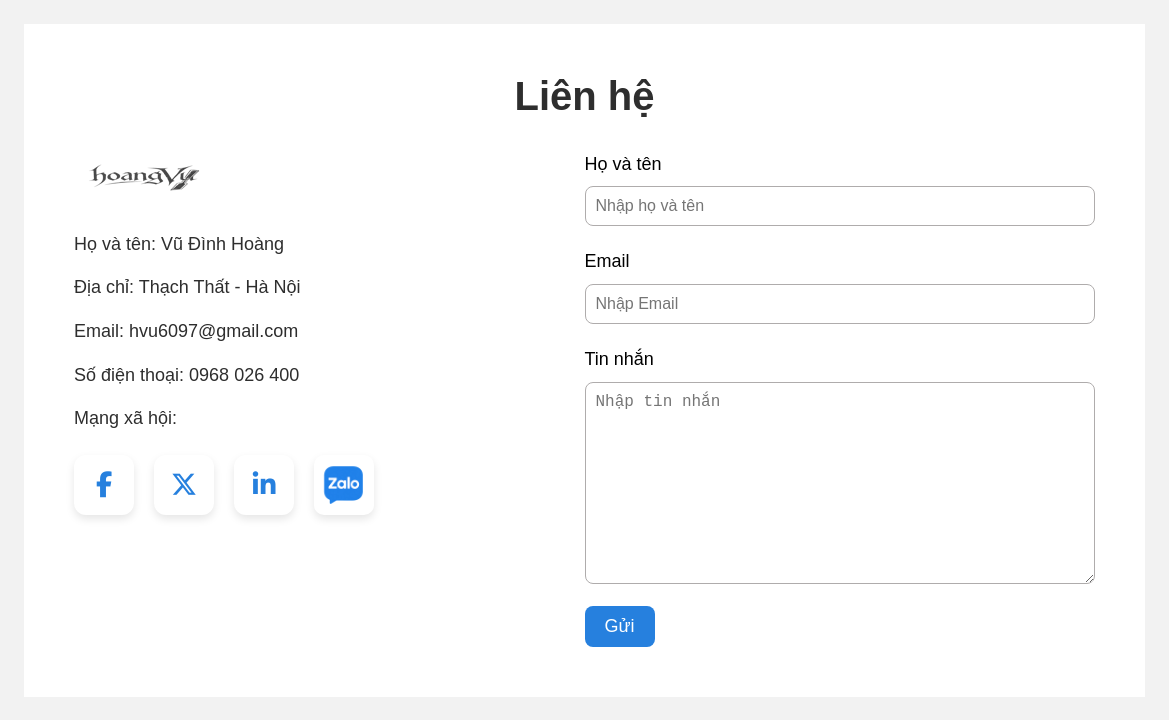
Repository: hoang28092000/portfolio
Page: pages/contact.html
An editor plug-in stored every save of this project. The page is shown before and after a run of saves, followed by the edit.
The browser window is 1169 px wide. The pictures show the whole page.

Above is the page before, as saved 2025-04-12 00:59:42.

### pages/contact.html
<!DOCTYPE html>
<html lang="en">
  <head>
    <meta charset="UTF-8" />
    <meta name="viewport" content="width=device-width, initial-scale=1.0" />
    <link
      rel="stylesheet"
      href="https://cdnjs.cloudflare.com/ajax/libs/font-awesome/6.7.2/css/all.min.css"
      integrity="sha512-Evv84Mr4kqVGRNSgIGL/F/aIDqQb7xQ2vcrdIwxfjThSH8CSR7PBEakCr51Ck+w+/U6swU2Im1vVX0SVk9ABhg=="
      crossorigin="anonymous"
      referrerpolicy="no-referrer"
    />
    <link rel="stylesheet" href="../css/pages.css" />
    <link rel="stylesheet" href="../css/responsive-pages.css" />
    <title>Liên hệ</title>
  </head>
  <body>
    <main id="main-contact">
      <div class="container">
       <div class="contact">
        <h2 class="title-heading title-contact">Liên hệ</h2>
        <div class="content-contact">
          <div class="contact-left">
            <div class="logo-contact">
              <img
                src="../asset/image/hoangVu_logo.png"
                alt="logo"
                class="img-logo-contact"
              />
            </div>
            <div class="info-contact">
              <p class="txt-contact">Họ và tên: Vũ Đình Hoàng</p>
              <p class="txt-contact">Địa chỉ: Thạch Thất - Hà Nội</p>
              <p class="txt-contact">Email: hvu6097@gmail.com</p>
              <p class="txt-contact">Số điện thoại: 0968 026 400</p>
            </div>
            <p class="txt-contact">Mạng xã hội:</p>
            <div class="social-contact">
              <a
                href="https://www.facebook.com/profile.php?id=100008725181742"
                target="_blank"
                ><i class="fa-brands fa-facebook-f icon-contact"></i
              ></a>
              <a href="https://x.com/kinsman2809" target="_blank"
                ><i class="fa-brands fa-x-twitter icon-contact"></i
              ></a>
              <a
                href="https://www.linkedin.com/in/ho%C3%A0ng-v%C5%A9-0b4891179/"
                target="_blank"
                ><i class="fa-brands fa-linkedin-in icon-contact"></i
              ></a>
              <a href="https://zalo.me/0968026400" target="_blank">
                <img src="../asset/image/icon-zalo.png" alt="zalo" class="img-social">
              </a>
            </div>
          </div>
          <div class="contact-right">
            <form action="" class="form-contact">
              <div class="input-contact">
                <label for="name" class="label-contact">Họ và tên</label>
                <input type="text" id="name" placeholder="Nhập họ và tên" class="input-field" required />
              </div>
              <div class="input-contact">
                <label for="email" class="label-contact">Email</label>
                <input type="email" id="email" placeholder="Nhập Email" class="input-field" required />
              </div>
              <div class="input-contact">
                <label for="message" class="label-contact">Tin nhắn</label>
                <textarea
                  name="message"
                  id="message" placeholder="Nhập tin nhắn"
                  cols="30"
                  rows="10"
                  class="input-field"
                  required
                ></textarea>
              </div>
              <button type="submit" class="btn-submit">Gửi</button>
            </form>
          </div>
        </div>
       </div>
      </div>
    </main>
  </body>
</html>

### css/pages.css
* {
  padding: 0;
  margin: 0;
  box-sizing: border-box;
}
html {
  font-family: Poppins, sans-serif;
  font-size: 62.5%;
}

.container {
  width: 1170px;
  max-width: calc(100% - 48px);
  margin: 0 auto;
}

/* main */

#about,
#skills {
  background-color: #f2f2f2;
}
.top-content-about {
  padding: 60px 0;
  display: flex;
  justify-content: space-between;
  align-items: center;
}
.about-left {
  width: 40%;
}
.img-about {
  width: 100%;
  border: 6px solid #7a7575;
  border-radius: 50%;
}
.about-right {
  max-width: 702px;
  height: 362px;
  margin-left: 120px;
  padding-right: 60px;
}
.title-heading {
  font-size: 6rem;
  color: #2e2e2e;
  font-weight: 700;
  margin-bottom: 30px;
}
.about-right .desc-about {
  font-size: 1.6rem;
  color: #6b6565;
  font-weight: 500;
  line-height: 1.76;
  margin-top: 20px;
  text-align: justify;
}
.content-main {
  display: grid;
  grid-template-columns: 1fr 1fr;
  gap: 80px;
  padding-top: 70px;
}
.paragraph {
  margin-bottom: 20px;
}
.heading-main {
  font-size: 2rem;
  color: #2e2e2e;
  margin-bottom: 10px;
  line-height: 1.66;
}
.desc-content-main {
  font-size: 1.6rem;
  color: #2e2e2e;
  font-weight: 300;
  line-height: 1.76;
  text-align: justify;
}
.list-img-about {
  display: flex;
  justify-content: center;
  align-items: center;
  margin-top: 30px;
  gap: 20px;
  padding-bottom: 30px;
}
.list-img-about img {
  width: 200px;
  height: 200px;
  border-radius: 10px;
  border: 1px solid #2e2e2e;
  transition: all 0.3s ease-in-out;
}
.list-img-about img:hover {
  transform: scale(1.1);
  border: 2px solid #fff;
}

/* skills */
.title-skills {
  padding-top: 60px;
  text-align: center;
}
#skills ul {
    padding-left: 18px;
}

.my-project{
    margin-top: 70px;
}
.list-project{
    display: grid;
    grid-template-columns: repeat(auto-fit, minmax(300px, 1fr));
    gap: 30px;
    margin-top: 60px;
}
.list-project a{
    text-decoration: none;
    color: #2e2e2e;
}
.card-project{
    position: relative;
    background-color: #fff;
    border-radius: 10px;
    box-shadow: 0 4px 8px rgba(0, 0, 0, 0.1);
    overflow: hidden;
    transition: all 0.3s ease-in-out;
    cursor: pointer;
}
.card-project:hover{
    transform: scale(1.05);
    box-shadow: 0 8px 16px rgba(0, 0, 0, 0.2);
}
.card-project::after {
    display: flex;
    justify-content: center;
    align-items: center;
    font-weight: 600;
    color: #fff;
    content: 'Xem Thêm Demo';
    font-size: 3rem;
    position: absolute;
    top: 0; left: 0;
    width: 100%; height: 100%;
    background: #16161633; /* màu đen mờ */
    opacity: 0;
    transition: opacity 0.3s ease;
    pointer-events: none; /* để không cản trở click hay hover */
    z-index: 1;
  }
  .card-project:hover::after {
    opacity: 1;
  }

.card-project img{
    width: 100%;
    height: 200px;
    object-fit: cover;
}

.info-card{
    padding: 30px 20px 20px;
    text-align: center;

}
.heading-card{
    font-size: 2rem;
    color: #2e2e2e;
    margin-bottom: 10px;
}
.desc-card{
    font-size: 1.6rem;
    color: #2e2e2e;
    font-weight: 300;
    line-height: 1.76;
}
.desc-card span {
    font-weight: bold;
}

#main-contact{
    padding: 60px 0;
    background-color: #f2f2f2;
}
#main-contact .title-contact{
    font-size: 4rem;
    text-align: center;
    margin-bottom: 30px;
}

/* contact */
#main-contact{
    display: flex;
    justify-content: center;
    align-items: center;
    width: 100%;
    height: 100vh;
    overflow: hidden;
}
.contact{
    background-color: #fff;
    padding: 50px;
}
.contact .content-contact{
    display: flex;
    justify-content: space-between;
}

.contact-left {
    width: 50%;
}
.logo-contact{
    display: flex;
    align-items: center;
    margin-bottom: 20px;
}
.img-logo-contact{
    width: 140px;
    height: 60px;
    padding: 10px;

}

.img-social{
    width: 60px;
    height: 60px;
    border-radius: 10px;
    box-shadow: 0 4px 8px rgba(0, 0, 0, 0.1);

}
.img-social:hover,
.icon-contact:hover{
    transform: scale(1.1);
    box-shadow: 0 8px 16px rgba(0, 0, 0, 0.2);
}
.social-contact{
    display: flex;
    align-items: center;
    height: 60px;
    gap: 20px;
    margin-top: 20px;
}
.social-contact a{
    width: 60px;
    height: 60px;
    display: block;
    text-decoration: none;
    color: #2e2e2e;
}
.contact-right {
    width: 50%;
}
.icon-contact{
    width: 60px;
    height: 60px;
    display: flex;
    justify-content: center;
    align-items: center;
    font-size: 2.6rem;
    box-shadow: 0 4px 8px rgba(0, 0, 0, 0.1);
    border-radius: 12px;
    color: #2680de;
}

.txt-contact{
    font-size: 1.8rem;
    color: #2e2e2e;
    margin-bottom: 12px;
    line-height: 1.76;
}
.input-contact{
    margin-bottom: 20px;
}

.label-contact{
    display: block;
    font-size: 1.8rem;
    color: #000000;
    line-height: 1.76;
    font-weight: 500;
    margin-bottom: 6px;
}
.input-contact input{
    width: 100%;
    padding: 10px;
    border-radius: 8px;
    border: 1px solid #afacac;
    font-size: 1.6rem;
    color: #2e2e2e;
    outline: none;
}
.input-contact textarea{
    width: 100%;
    padding: 10px;
    border-radius: 8px;
    border: 1px solid #afacac;
    font-size: 1.6rem;
    color: #2e2e2e;
    outline: none;
}

.btn-submit{
    background-color: #2680de;
    color: #fff;
    padding: 10px 20px;
    border-radius: 8px;
    border: none;
    font-size: 1.8rem;
    cursor: pointer;
    transition: all 0.3s ease-in-out;
}
.btn-submit:hover{
    background-color: #1a5bb8;
}

### css/responsive-pages.css
/* bout-me */
@media (min-width: 1024.02px) and (max-width: 1169.98px) {
  .top-content-about {
    display: flex;
    flex-direction: column;
    align-items: center;
    padding-bottom: 40px;
  }
  .list-img-about {
    display: flex;
    flex-wrap: wrap;
    justify-content: center;
    align-items: start;
    gap: 30px;
  }
  .list-img-about img {
    max-width: 200px;
    display: block;
    border: 1px solid #2e2e2e;
  }
  .about-left {
    width: 60%;
    margin-bottom: 30px;
  }
  .about-right {
    width: 100%;
    margin-left: 0;
    padding-right: 0;
  }
  .title-heading {
    font-size: 6rem;
    text-align: center;
    margin-bottom: 16px;
  }
  .about-right .desc-about {
    font-size: 1.8rem;
    margin-bottom: 20px;
  }

  /* contact */
  .contact{

  }
}
@media (max-width: 1024px) {
  .list-img-about {
    display: grid;
    grid-template-columns: 1fr 1fr 1fr;
    gap: 20px;
    flex-wrap: wrap;
    padding-bottom: 30px;
    align-items: start;
  }
  .about-left {
    width: 40%;
  }
  .about-right {
    width: 60%;
  }
  .img-about {
    width: 100%;
    height: auto;
    border-radius: 50%;
    border: 1px solid #2e2e2e;
  }
  .list-img-about img {
    display: block;
    width: 100%;
    height: auto;
    border: 1px solid #2e2e2e;
  }
}
@media (min-width: 768px) and (max-width: 1023.98px) {
  .about-right {
    width: 60%;
    height: auto;
  }
}
@media (max-width: 768px) {
  .top-content-about {
    display: flex;
    flex-direction: column;
    align-items: center;
    padding-bottom: 40px;
  }
  .about-left {
    margin-bottom: 30px;
  }
  .paragraph {
    text-align: justify;
  }
  .about-right {
    width: 100%;
    margin-left: 0;
    padding-right: 0;
  }
  .title-heading {
    font-size: 5rem;
    text-align: center;
    margin-bottom: 16px;
  }
  .about-right .desc-about {
    font-size: 1.6rem;
    margin-bottom: 20px;
    text-align: justify;
  }

  .list-img-about {
    display: grid;
    grid-template-columns: 1fr 1fr;
  }
  .list-img-about img {
    width: 100%;
    height: auto;
    border: 1px solid #2e2e2e;
  }
}
@media (max-width: 480px) {
  .top-content-about {
    display: flex;
    flex-direction: column;
    align-items: center;
    padding-bottom: 40px;
  }
  .about-left {
    width: 60%;
    margin-bottom: 30px;
  }
  .list-img-about {
    display: grid;
    grid-template-columns: 1fr 1fr;
    gap: 10px;
    padding-bottom: 0;
  }
  .about-right {
    width: 100%;
    margin-left: 0;
    padding-right: 0;
  }
  .title-heading {
    font-size: 4rem;
    text-align: center;
    margin-bottom: 16px;
  }
  .about-right .desc-about {
    font-size: 1.6rem;
    margin-bottom: 20px;
  }
  .content-main {
    grid-template-columns: 1fr;
  }
  .paragraph {
    margin-bottom: 14px;
  }
  .paragraph .heading-main {
    font-size: 1.8rem;
    margin-bottom: 10px;
  }
  .list-img-about img {
    width: 100%;
    height: auto;
    border: 1px solid #2e2e2e;
  }
}

After the next 2 saves:
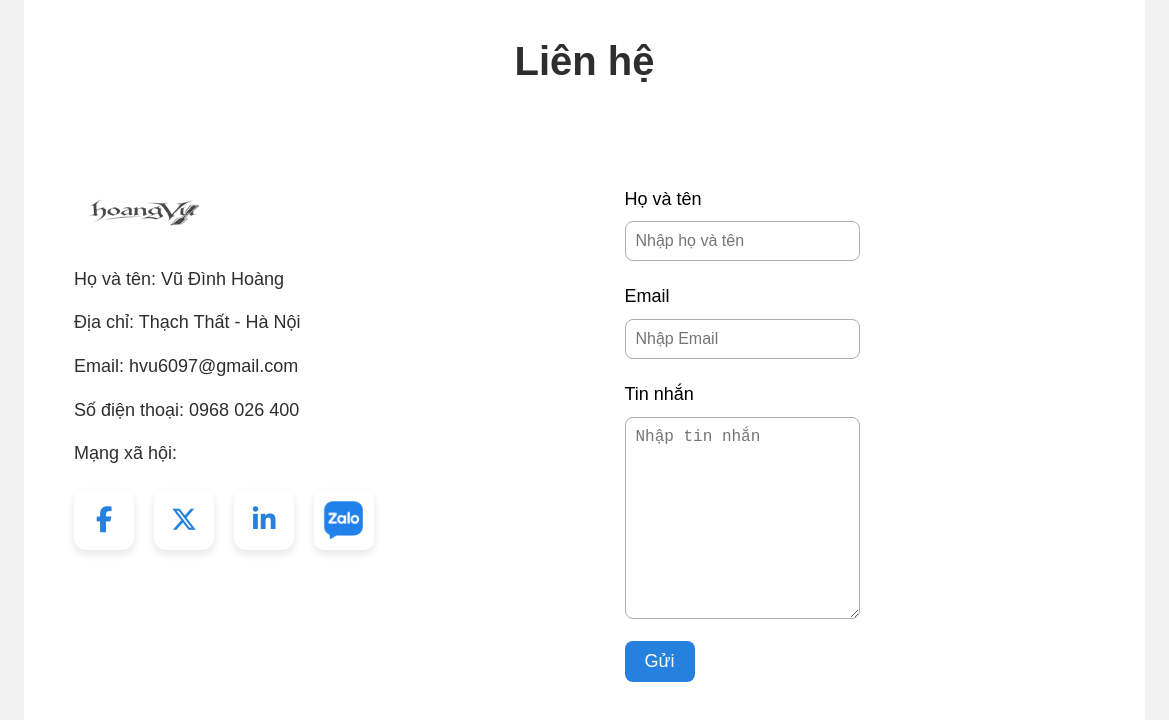
The 2 saves are shown as one change because they came seconds apart.
The last was saved 29 s later.
--- a/css/responsive-pages.css
+++ b/css/responsive-pages.css
@@ -38,7 +38,11 @@
   }
 
   /* contact */
-  .contact{
+  .contact .content-contact {
+    display: grid;
+    grid-template-columns: 1fr 1fr;
+    gap: 80px;
+    padding-top: 70px;
 
   }
 }
